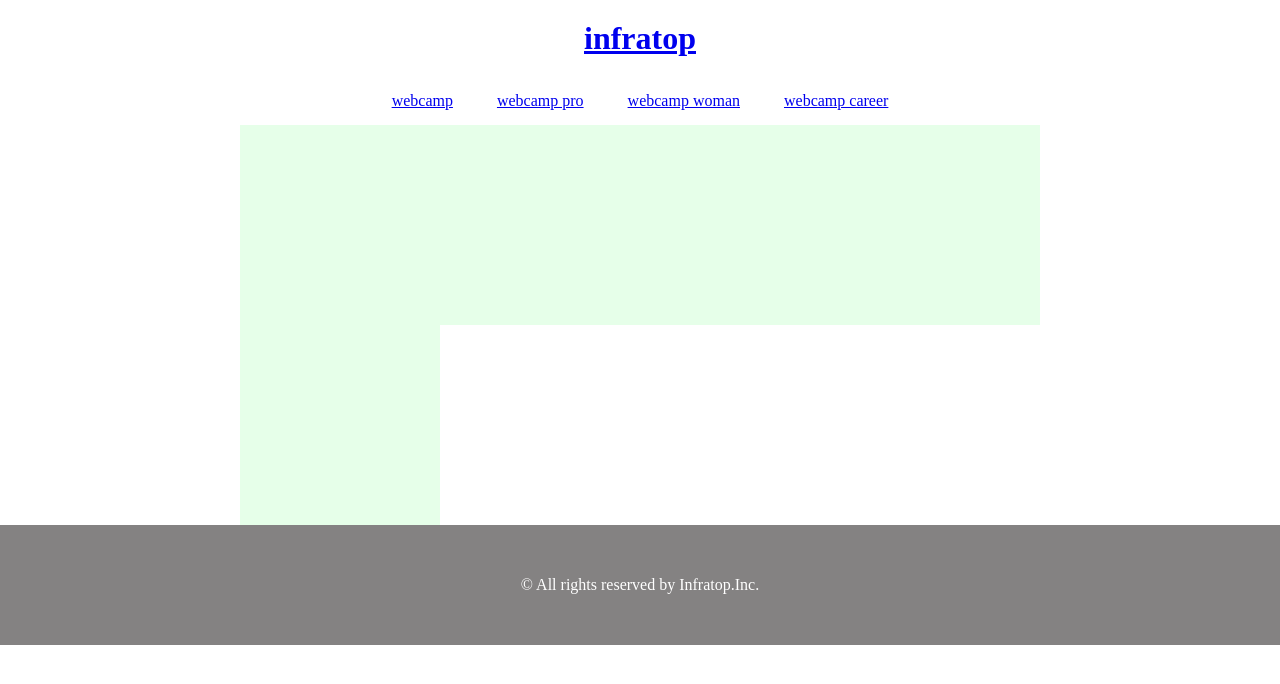
Repository: achoko3/Practice-problem
Page: chapter4/chapter4.html
The author's editor kept a record of every edit. The page is drawn from the files as they stood at one moment, then again after the next edit.
The browser window is 1280 px wide. The pictures show the whole page.

Above is the page before.

After the next edit:
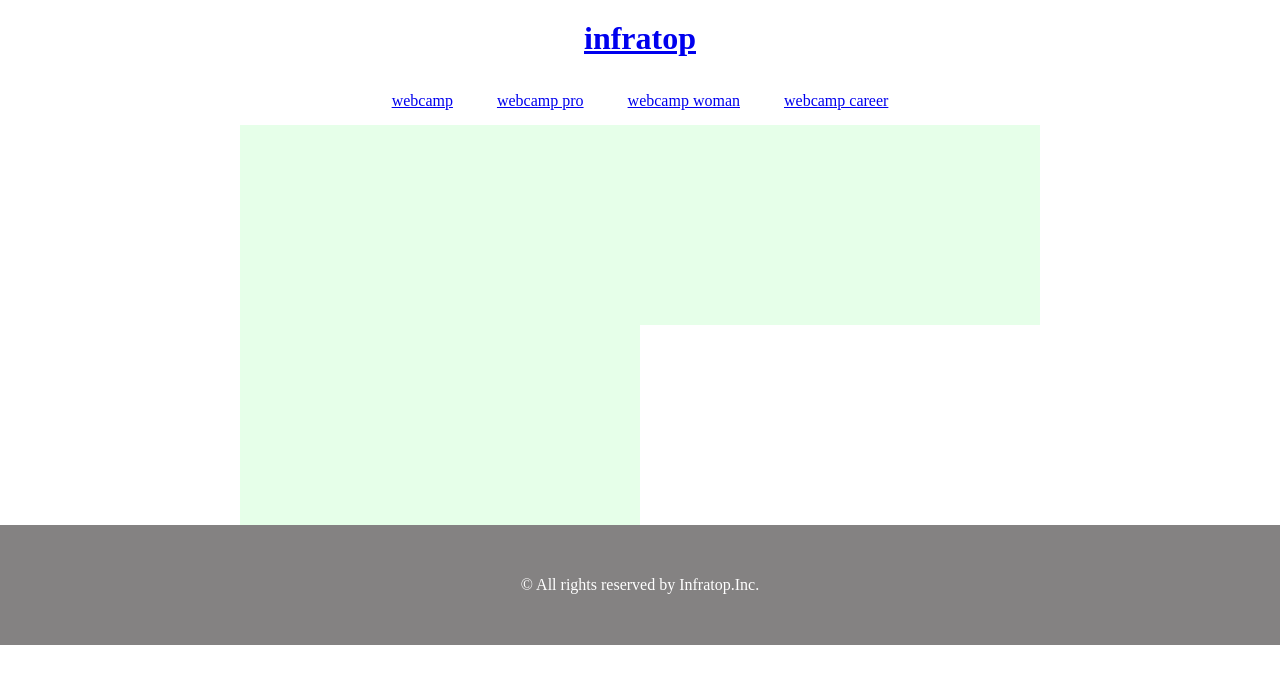
The edit:
--- a/chapter4/chapter4.css
+++ b/chapter4/chapter4.css
@@ -64,6 +64,12 @@
   background-color:#e6ffe9;
 }
 
+.box6{
+  width:200px;
+  height:200px;
+  background-color:#e6ffe9;
+}
+
 footer{
   width:100%;
   height:120px;
